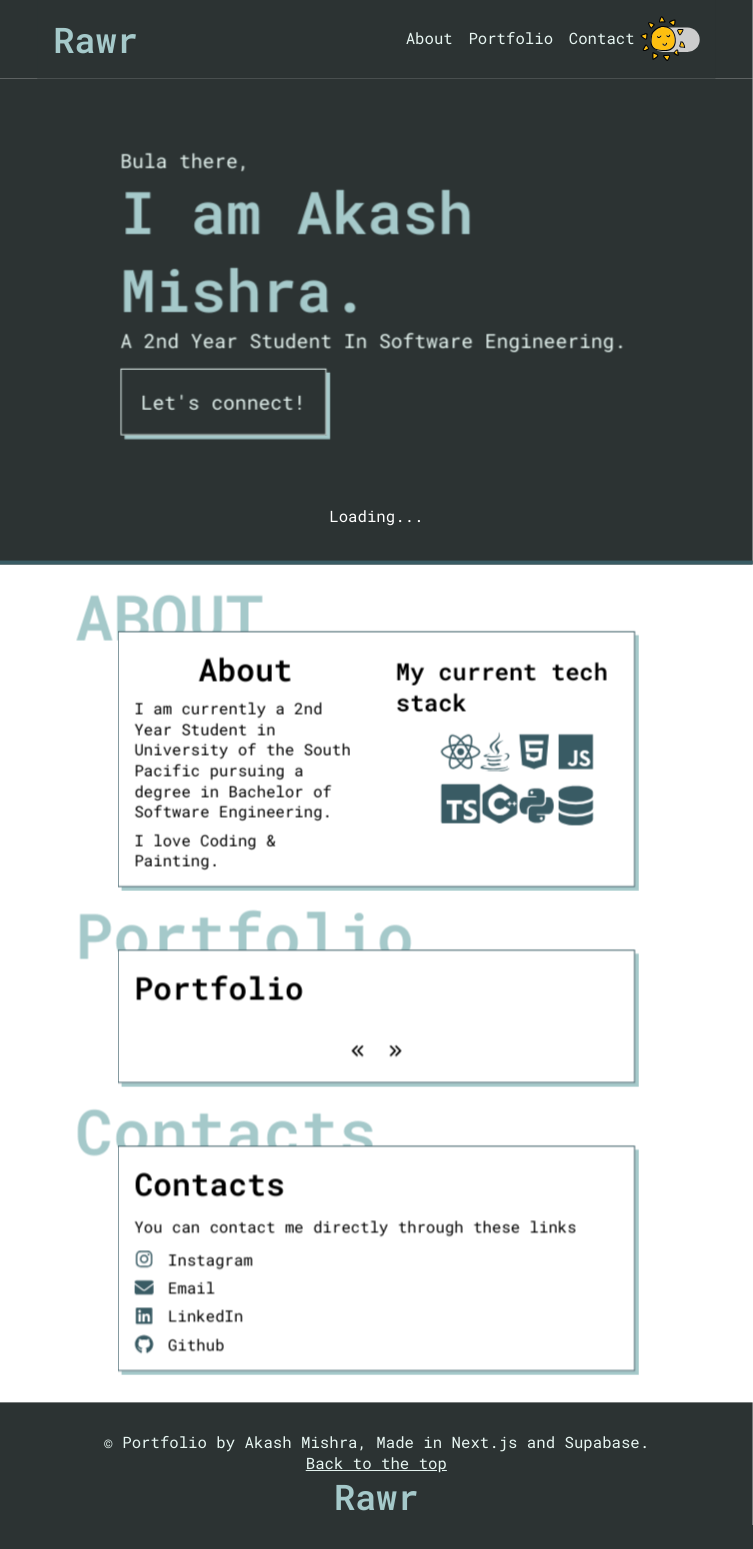
Repository: akashrawr/personal-portfolio
Page: /
The author's editor kept a copy of each file at every save. The page is drawn from the files as they stood at one save, then again after the next save.
The browser window is 768 px wide. The pictures show the whole page, at 98% of full size.
The page's requests for data from a server got no answer. The project was rebuilt for these pictures with package versions that can differ from the ones it lists, and the page was loaded fresh each time. The framework's server and built-in components were replaced by stand-ins that run in the browser. No one was signed in, and anything a server would have sent is missing. Also part of the build but not shown: next.config.ts.

Above is the page before, as saved 2025-01-03 20:35:06.

### app/layout.tsx
import type { Metadata } from "next";
import { Geist, Geist_Mono } from "next/font/google";
import "./globals.css";

const geistSans = Geist({
  variable: "--font-geist-sans",
  subsets: ["latin"],
});

const geistMono = Geist_Mono({
  variable: "--font-geist-mono",
  subsets: ["latin"],
});

export const metadata: Metadata = {
  title: "akashrawr",
  description: "Personal Portfolio",
};

export default function RootLayout({
  children,
}: Readonly<{
  children: React.ReactNode;
}>) {
  return (
    <html lang="en" translate="no"> {/* Prevent translation of the entire page */}
      <head>
        <meta charSet="UTF-8" />
        <meta httpEquiv="Content-Language" content="en" /> {/* Explicitly set content language */}
        <meta name="google" content="notranslate" /> {/* Inform Google to not translate */}
        <link rel="icon" href="/rawr.ico" type="image/x-icon" />
        <title>akashrawr</title>
        <meta name="description" content="My Personal Portfolio" />
      </head>
      <body className={`${geistSans.variable} ${geistMono.variable} antialiased`}>
        <div className="notranslate">
          {children}
        </div>
      </body>
    </html>
  );
}

### app/page.tsx
"use client"; // Enables client-side functionality
import React, { useState, useEffect } from "react";
import AOS from "aos";
import "aos/dist/aos.css";
import "./globals.css"; // Import global styles

// Import components
import Header from "./components/Header";
import Hero from "./components/Hero";
import About from "./components/About";
import Portfolio from "./components/Portfolio";
import Contact from "./components/Contact";
import Footer from "./components/Footer";

const Page: React.FC = () => {
  useEffect(() => {
    AOS.init({ once: true, delay: 0 });
  }, []);

  const [isNavVisible, setIsNavVisible] = useState(false);
  const [darkMode, setDarkMode] = useState(false);

  const toggleNav = () => {
    setIsNavVisible(!isNavVisible);
  };

  const toggleDarkMode = () => {
    setDarkMode(!darkMode);
    document.body.classList.toggle("dark-mode", !darkMode);
  };

  return (
    <div>
      <Header
        isNavVisible={isNavVisible}
        toggleNav={toggleNav}
        darkMode={darkMode}
        toggleDarkMode={toggleDarkMode}
      />
      <main>
        <Hero />
        <About />
        <Portfolio />
        <Contact />
      </main>
      <Footer />
    </div>
  );
};

export default Page;

### app/globals.css
@import url("https://fonts.googleapis.com/css2?family=Roboto+Mono:wght@300;400;600&display=swap");

:root {
  --primary-color: #2c3333;
  --secondary-color: #395b64;
  --accent-1: #a5c9ca;
  --accent-2: #e7f6f2;
  --neutral-1: black;
  --neutral-2: white;
  --neutral-3: white;
  --neutral-4: black;
  --icon-1: #395b64;

  --dark-primary-color: #121212;
  --dark-secondary-color: #1f1f1f;
  --dark-accent-1: #6c757d;
  --dark-accent-2: #adb5bd;
  --dark-neutral-1: #ffffff;
  --dark-neutral-2: #121212;
  --dark-neutral-3:#1f1f1f;
  --dark-neutral-4: #938f8f;
  --dark-icon-1: #938f8f;

}

*,
*::after,
*::before {
  margin: 0;
  padding: 0;
  font-family: "Roboto Mono", monospace;
  box-sizing: border-box;


}

html {
  scroll-behavior: smooth;
}

body {
  overflow-x: hidden;
  background-color: var(--neutral-3);
  color: var(--neutral-1);
  font-family: "Roboto Mono", monospace;
}

body.dark-mode {
  --primary-color: var(--dark-primary-color);
  --secondary-color: var(--dark-secondary-color);
  --accent-1: var(--dark-accent-1);
  --accent-2: var(--dark-accent-2);
  --neutral-1: var(--dark-neutral-1);
  --neutral-2: var(--dark-neutral-2);
  --neutral-3: var(--dark-neutral-3);
  --neutral-4: var(--dark-neutral-4);
  --icon-1:var(--dark-icon-1);
}


/* Navbar styles */

header {
  display: flex;
  align-items: center;
  justify-content: center;

  max-width: 100vw;
  background-color: var(--primary-color);
}

a {
  font-size: 14px;
  text-decoration: none;
}

h1 {
  font-family: "Roboto Mono", monospace;
}

.navbar-nav {
  display: flex;
  align-items: center;
  justify-content: space-between;
  background-color: var(--primary-color);
  padding: 1rem;
  width: 90%;
}

.nav-logo {
  grid-column: 1;
}

.nav-logo > h1 {
  font-size: 30px;
  color: var(--accent-1);
}

.primary-nav {
  display: flex;
  list-style: none;
  gap: 16px;

  grid-column: 2;
  justify-self: end;
}

.mobile-nav-toggle {
  display: none;
  cursor: pointer;
}

.nav-link:link,
.nav-link:visited {
  font-size: 16px;
  color: var(--accent-2);

  transition: 300ms ease-in-out;
}

.nav-link:hover {
  font-weight: 600;
  color: var(--accent-1);
}

.user-icon {
  width: 24px;
  height: 24px;
  fill: var(--accent-1);
  transition: fill 0.3s ease;
}

.user-icon:hover {
  fill: var(--accent-1);
}

/* Dark mode toggle button */
.theme-toggle {
  background: none;
  border: none;
  cursor: pointer;
  padding: 8px;
  display: flex;
  align-items: center;
}

.nav-icons {
  --size: 30px;
  width: var(--size);
  aspect-ratio: 1;
  cursor: pointer;
}



@media only screen and (max-width: 35em) {
  .primary-nav {
    position: fixed;
    top: 0;
    right: 0;
    bottom: 0;
    width: 125px;

    flex-direction: column;
    padding: min(15vh, 3rem) 1rem;
    background-color: var(--primary-color);
    border-left: 2px solid rgb(111, 111, 111); /* Add this line for the left border */

    z-index: 9999;

    transform: translateX(100%);
    transition: transform 350ms ease-out;
  }


  .nav-link:link,
  .nav-link:visited {
    font-size: 15px;
    color: var(--accent-1);
  }

  .primary-nav[data-visible="true"] {
    transform: translateX(0%);
  }

  .mobile-nav-toggle[aria-expanded="true"] {
    background: url('data:[embedded picture, 416 characters]') center center no-repeat;
  }

  .mobile-nav-toggle {
    display: block;
    position: absolute;
    background: url('data:[embedded picture, 417 characters]') center center no-repeat;

    width: 1.25rem;
    aspect-ratio: 1;

    border: none;

    top: 1.4rem;
    right: 2.5rem;
    z-index: 10000;

    transition: 250ms ease-in-out;
  }
}

/* Section styles */

section {
  display: flex;
  align-items: center;
  justify-content: center;

  max-width: 100vw;
  position: relative;
}

/* HERO SECTION */
#hero {
  background-color: var(--primary-color);
  border-bottom: 4px solid var(--icon-1);
  padding: 2.2rem;
}

/* Main container for text and image */
.hero-main-container {
  display: flex;
  flex-wrap: wrap;
  align-items: center;
  justify-content: space-between;
  gap: 16px;
}

/* Text Container */
.hero-container {
  flex: 1;
  display: flex;
  flex-direction: column;
  gap: 16px;
  padding: 2.2rem;
  width: 90%;
  height: 350px;
  animation: fade-in 500ms linear forwards;
}

.hero-text-container > h2 {
  font-size: 28px;
  color: var(--accent-1);
}

.hero-text-container > p {
  font-size: 12px;
  color: var(--accent-2);
}

.hero-button {
  align-self: flex-start;

  font-size: 14px;
  padding: 1em;

  color: var(--accent-2);
  background-color: transparent;

  border: 1px solid var(--accent-2);
  box-shadow: 4px 4px 0px var(--accent-1);

  transition: 300ms ease-in-out;
}

.hero-button:hover {
  background-color: var(--accent-2);
  color: var(--primary-color);
  box-shadow: 6px 6px 0px var(--secondary-color);
}

/* Image Container */
.hero-img {
  flex: 1;
  display: flex;
  justify-content: center;
  align-items: center;
}

.hero-image {
  max-width: 50%;
  height: auto;
  border-radius: 10px;
  box-shadow: 0 4px 8px rgba(0, 0, 0, 0.1);
  border: 1px solid var(--secondary-color);
  background-color: var(--neutral-2);
  box-shadow: 4px 4px 0px var(--accent-1);
}

.hero-img p{
color:white;
}


/* Responsive Styles */
@media screen and (max-width: 768px) {
  .hero-main-container {
    flex-direction: column;
  }
  .hero-img {
    margin-top: 20px;
  }
  .hero-container, .hero-image {
    max-width: 85%;
    height: auto;
  }
  .hero-text-container {
    text-align: left;
    max-width: 100%;
  }


}
.hero-text-container > h2 {
  font-size: 24px;
  color: var(--accent-1);
}
.hero-text-container > p {
  font-size: 16px;
}
.project-card > h3 {
  font-size: 12px;
  color: var(--secondary-color);
}

/* ABOUT */

#about {
  padding: 2rem;
  margin-top: 36px;
  animation: fade-in 500ms linear forwards;

}

.wave-asset {
  width: 100%;
  position: absolute;

  top: 0;
  left: 0;
}

.about-container {
  display: flex;
  align-items: center;
  justify-content: center;
  background-color: var(--neutral-2);
  width: 90%;
  z-index: 999;
}

.about-card,
.portfolio-card,
.contact-card {
  display: flex;
  flex-direction: column;
  gap: 16px;
  border: 1px solid var(--secondary-color);
  background-color: var(--neutral-2);

  width: 100%;
  padding: 1rem;

  box-shadow: 4px 4px 0px var(--accent-1);
}

.about-content,
.portfolio-content {
  width: 100%;
  display: flex;
  flex-direction: column;
  gap: 8px;
}

.about-content > h2,
.about-content > h3 {
  color: var(--neutral-4);
}

.about-content > p {
  font-size: 12px;
  color: var(--neutral-4);
}

.tech-stack-grid {
  width: 65%;
  display: grid;
  grid-template-columns: repeat(4, 1fr);
  place-items: center;
}

.tech-stack {
  --size: 30px;
  width: var(--size);
  aspect-ratio: 1;
}

/* Portfolio container */

#portfolio {
  padding: 2rem;
  animation: fade-in 500ms linear forwards;
}

.portfolio-container {
  width: 90%;
  z-index: 999;
}

.project-container {
  display: grid;
  grid-template-columns: repeat(2, 1fr);
  gap: 16px;
}

.portfolio-content > h2 {
  color: var(--neutral-4);
}

.project-card {
  display: flex;
  flex-direction: column;
  gap: 4px;

  padding: 1rem;
  border-radius: 8px;
  border: 1px solid var(--accent-1);
}

.project-card > h3 {
  color: var(--neutral-4);
}

.project-card > h5 {
  color: var(--neutral-4);
  opacity: 0.5;
}

.project-card > p {
  font-size: 12px;
  width: 100%;
  display: -webkit-box;
  -webkit-box-orient: vertical;
  -webkit-line-clamp: 3;
  overflow: hidden;
  color: var(--neutral-4);
}

.project-img {
  width: 100%;
  aspect-ratio: 16/9;
}

.project-card-links {
  align-self: flex-end;

  margin-top: 10px;
  display: flex;
  align-items: center;
  gap: 12px;
}

.project-icons {
  --size: 20px;
  width: var(--size);
  aspect-ratio: 1;
}

.project-card-links > a {
  display: flex;
  align-items: center;
  color: var(--neutral-4);
  font-size: 10px;
  gap: 4px;
}

.project-card-links > a:link,
.project-card-links > a:visited {

  color: var(--neutral-4);
}

.project-card-links > a:hover {
  font-weight: 600;
  color: var(--accent-1);
}

/* CONTACT */
#contact {
  padding: 2rem;
  animation: fade-in 500ms linear forwards;
}

.contact-container {
  width: 90%;
  z-index: 999;
}

.contact-card {
  width: 100%;
  gap: 12px;
}
.contact-card > h2 {
    color: var(--neutral-4);
}

.contact-card > p {
  font-size: 12px;
  color: var(--neutral-4);
}

.contact-links {
  display: flex;
  flex-direction: column;
  gap: 8px;
}

.contact-links > a {
  display: flex;
  align-items: center;
  gap: 8px;
}

.contact-links > a:link,
.contact-links > a:visited {
  color: var(--neutral-4);
}

.contact-links > a:hover {
  font-weight: 600;
  color: var(--accent-1);
}
.contact-icons {
  --size: 20px;
  width: var(--size);
  aspect-ratio: 1;
}

/* extras */
.section-highlight {
  font-size: 4rem;
  font-weight: 600;
  opacity: 0.5;
  color: var(--accent-1);

  position: absolute;
  top: 0;
  left: 100px;
}

/* footer */
footer {
  display: flex;
  align-items: center;
  justify-content: center;
  color: var(--accent-2);
  max-width: 100vw;
  background-color: var(--primary-color);
  min-height: 150px;
}

.footer-content {
  text-align: center;
  font-size: 12px;
  width: 90%;

  color: var(--accent-2);
}

.footer-content > p {
  text-decoration: underline;
}

.footer-content > a {
  text-decoration: underline;
}

.footer-content > a:link,
.footer-content > a:visited {
  color: var(--accent-2);
}

.footer-content > a:hover {
  color: var(--accent-1);
}
/* media queries */

@media only screen and (max-width: 35em) {
  .hero-container {
    padding: 1rem;
    height: 200px;
  }
  .project-container {
    grid-template-columns: 1fr;
  }
  .tech-stack-grid {
    width: 100%;
  }
  .section-highlight {
    font-size: 3.5rem;
    top: -16px;
    left: 6vw;
  }
}

@media only screen and (min-width: 35em) {
  .hero-container {
    height: 250px;
  }
  .about-container,
  .portfolio-container,
  .contact-container {
    width: 75%;
  }

  .about-card,
  .portfolio-card {
    align-items: center;
    justify-content: center;
    flex-direction: row;
    gap: 20px;
  }

  .section-highlight {
    top: -26px;
    left: 10vw;
  }
}

@media only screen and (min-width: 768px) {
  .nav-logo > h1 {
    font-size: 36px;
  }

  /* hero */
  .hero-container {
    height: 350px;
  }

  .hero-text-container > p {
    font-size: 20px;
  }

  .hero-text-container > h2 {
    font-size: 60px;
  }

  .hero-button {
    font-size: 20px;
  }

  /* about */
  .about-card {
    gap: 40px;
  }

  .about-content > h2 {
    font-size: 32px;
  }

  .about-content > h3 {
    font-size: 24px;
  }

  .about-content > p {
    font-size: 16px;
  }

  .tech-stack-section {
    align-self: flex-start;
    margin-top: 8px;
  }

  .tech-stack {
    --size: 40px;
    width: var(--size);
    aspect-ratio: 1;
  }

  /* portfolio */
  .portfolio-content > h2 {
    font-size: 32px;
  }

  .project-card > h3 {
    font-size: 24px;
  }

  .project-card > h5,
  .project-card > p {
    font-size: 16px;
  }

  .project-card-links > a {
    font-size: 16px;
  }

  /* contacts */
  .contact-card > h2 {
    font-size: 32px;
  }

  .contact-card > p {
    font-size: 16px;
  }

  .contact-links > a {
    font-size: 16px;
  }
  .footer-content,
  .footer-content > a {
    font-size: 16px;
  }
}

@media only screen and (min-width: 1024px) {
  .section-highlight {
    top: -26px;
    left: 10vw;
  }
}

@keyframes fade-in {
  0% {
    opacity: 0;
  }
  100% {
    opacity: 1;
  }
}

/* Adjust specific sections as needed for React-specific behaviors */
.primary-nav.visible {
  transform: translateX(0%);
}

/* The switch - the box around the slider */
.switch {
  position: relative;
  display: inline-block;
  width: 50px;
  height: 25px;
}

/* Hide default HTML checkbox */
.switch input {
  opacity: 0;
  width: 0;
  height: 0;
}

/* The slider */
.slider {
  position: absolute;
  cursor: pointer;
  top: 0;
  left: 0;
  right: 0;
  bottom: 0;
  background-color: #ccc;
  -webkit-transition: .4s;
  transition: .4s;
  border-radius: 25px; /* Rounded edges for the slider */
  display: flex;

  align-items: center;
}

/* Adjust the icon size to 48x48 pixels */
.slider .icon {
  position: absolute;
  width: 48px;
  height: 48px;
  transition: .4s;
}

/* When the input is checked (dark mode is on) */
input:checked + .slider {
  background-color: #3e4346; /* Change background color on check */
}

input:focus + .slider {
  box-shadow: 0 0 1px #2196F3;
}

/* Move the icons when the input is checked (dark mode) */
input:checked + .slider .icon {
  transform: translateX(20px); /* Move the icon to the right */
}

/* Default state (light mode) */
input:not(:checked) + .slider .icon {
  transform: translateX(-15px) translateY(-2px); /* Icon remains in the default position */
  width: 52px; /* Further reduced icon size for very small screens */
  height: 52px; /* Further reduced icon size for very small screens */
}

.about-icon {
  color: var(--icon-1); /* Change to any shade of blue you prefer */
  font-size: 3rem; /* Adjust size as needed */
  margin: 0.5rem;
}

.project-icons {
  margin-right: 0.5rem; /* Space between icon and text */
  font-size: 1.5rem; /* Adjust icon size */
  color: inherit; /* Match the color of the link */
}

.contact-icons {
  margin-right: 0.5rem; /* Space between icon and text */
  font-size: 1.5rem; /* Adjust icon size */
  color: var(--icon-1);
}

/* Responsive Adjustments */
@media (max-width: 768px) {
  .about-icon {
    font-size: 2.5rem; /* Slightly smaller on smaller devices */
    margin: 0.4rem;
  }

  .project-icons {
    font-size: 1.2rem; /* Smaller icon size on smaller screens */
    margin-right: 0.4rem;
  }

  .contact-icons {
    font-size: 1.2rem; /* Smaller icon size on smaller screens */
    margin-right: 0.4rem;
  }
}

@media (max-width: 480px) {
  .about-icon {
    font-size: 2rem; /* Even smaller on very small devices */
    margin: 0.3rem;
  }

  .project-icons {
    font-size: 1rem; /* Further reduced icon size for very small screens */
    margin-right: 0.3rem;
  }

  .contact-icons {
    font-size: 1rem; /* Further reduced icon size for very small screens */
    margin-right: 0.3rem;
  }
}

.pagination {
  display: flex;
  justify-content: center;
  align-items: center;
  margin-top: 1rem;
}

.pagination a {
  color: var(--neutral-4);
  padding: 8px 16px;
  text-decoration: none;
}

.pagination a.active {
  background-color: #395b64;
  color: white;
}

.pagination a:disabled {
  color: grey;
  pointer-events: none;
}

/* Responsive Adjustments */
@media (max-width: 768px) {
  .pagination a {
    padding: 6px 12px; /* Smaller padding for smaller screens */
    font-size: 0.9rem; /* Slightly smaller font size */
  }

  .pagination {
    margin-top: 0.75rem; /* Adjust margin top for smaller screens */
  }
}

@media (max-width: 480px) {
  .pagination a {
    padding: 4px 8px; /* Even smaller padding for very small screens */
    font-size: 0.8rem; /* Smaller font size for very small screens */
  }

  .pagination {
    margin-top: 0.5rem; /* Adjust margin top for very small screens */
  }
}

### app/components/Hero.tsx
import React, { useEffect, useState } from 'react';
import supabase from '../utils/supabaseClient';  // Adjust path if in 'utils'
import Image from 'next/image';  // Import Image from next/image

function Hero() {
  const [heroImage, setHeroImage] = useState<string | null>(null);

  useEffect(() => {
    const fetchHeroImage = async () => {
      const { data, error } = await supabase
        .from('hero')  // Table name is 'hero'
        .select('image_path')        // Only selecting 'image_path' column
        .limit(1);                   // Limiting to only one result (first row)

      if (error) {
        console.error('Error fetching hero image:', error);
      } else {
        setHeroImage(data?.[0]?.image_path || null);
      }
    };

    fetchHeroImage();
  }, [supabase]); // Including 'supabase' as a dependency

  return (
    <section id="hero">
      <div className="hero-main-container">
        {/* Text and Button Container */}
        <div className="hero-container">
          <div className="hero-text-container" data-aos="fade-up">
            <p>Bula there,</p>
            <h2>I am Akash Mishra.</h2>
            <p>A 2nd Year Student In Software Engineering.</p>
          </div>
          <a href="#contact" className="hero-button" data-aos="fade-up">
            Let&apos;s connect!
          </a>
        </div>

        {/* Image Container */}
        <div className="hero-img" data-aos="fade-up">
          {heroImage ? (
            <Image
              className="hero-image"
              src={heroImage}
              alt="Akash"
              layout="responsive"
              width={500}
              height={500}
            />
          ) : (
            <p>Loading...</p>
          )}
        </div>
      </div>
    </section>
  );
}

export default Hero;

### app/components/Contact.tsx
import React from "react";
import { FontAwesomeIcon } from "@fortawesome/react-fontawesome";
import { faInstagram, faGithub, faLinkedin } from "@fortawesome/free-brands-svg-icons";
import { faEnvelope } from "@fortawesome/free-solid-svg-icons";

const Contact: React.FC = () => {
  return (
    <section id="contact">
      <h2 className="section-highlight" data-aos="fade-up">
        Contacts
      </h2>
      <div className="contact-container" data-aos="fade-up">
        <div className="contact-card">
          <h2>Contacts</h2>
          <p>You can contact me directly through these links</p>

          <div className="contact-links">
            <a href="https://www.instagram.com/_acnologxa" className="contact-link">
              <FontAwesomeIcon icon={faInstagram} className="contact-icons" />
              Instagram
            </a>

            <a href="mailto:akashkm553@gmail.com" className="contact-link">
              <FontAwesomeIcon icon={faEnvelope} className="contact-icons" />
              Email
            </a>

            <a href="https://www.linkedin.com/in/akashmishra-rawr" className="contact-link">
              <FontAwesomeIcon icon={faLinkedin} className="contact-icons" />
              LinkedIn
            </a>

            <a href="https://github.com/akashrawr" className="contact-link">
              <FontAwesomeIcon icon={faGithub} className="contact-icons" />
              Github
            </a>
          </div>
        </div>
      </div>
    </section>
  );
};

export default Contact;

### app/components/Footer.tsx
import React from 'react';

const Footer: React.FC = () => {
  return (
    <footer>
      <div className="footer-content">
        © Portfolio by Akash Mishra, Made in Next.js and Supabase. <br />
        <a href="#hero">Back to the top</a>
        <div className="nav-logo">
          <h1>Rawr</h1>
        </div>
      </div>
    </footer>
  );
};

export default Footer;

### app/utils/supabaseClient.ts
import { createClient } from '@supabase/supabase-js';

// Fetch environment variables
const supabaseUrl = process.env.NEXT_PUBLIC_SUPABASE_URL || '';
const supabaseKey = process.env.NEXT_PUBLIC_SUPABASE_KEY || '';

// Initialize the Supabase client
const supabase = createClient(supabaseUrl, supabaseKey);

export default supabase;

Loaded but not shown: app/components/Header.tsx (89 lines, source omitted); app/components/Portfolio.tsx (139 lines, source omitted); app/components/About.tsx (59 lines, source omitted)

After the next save:
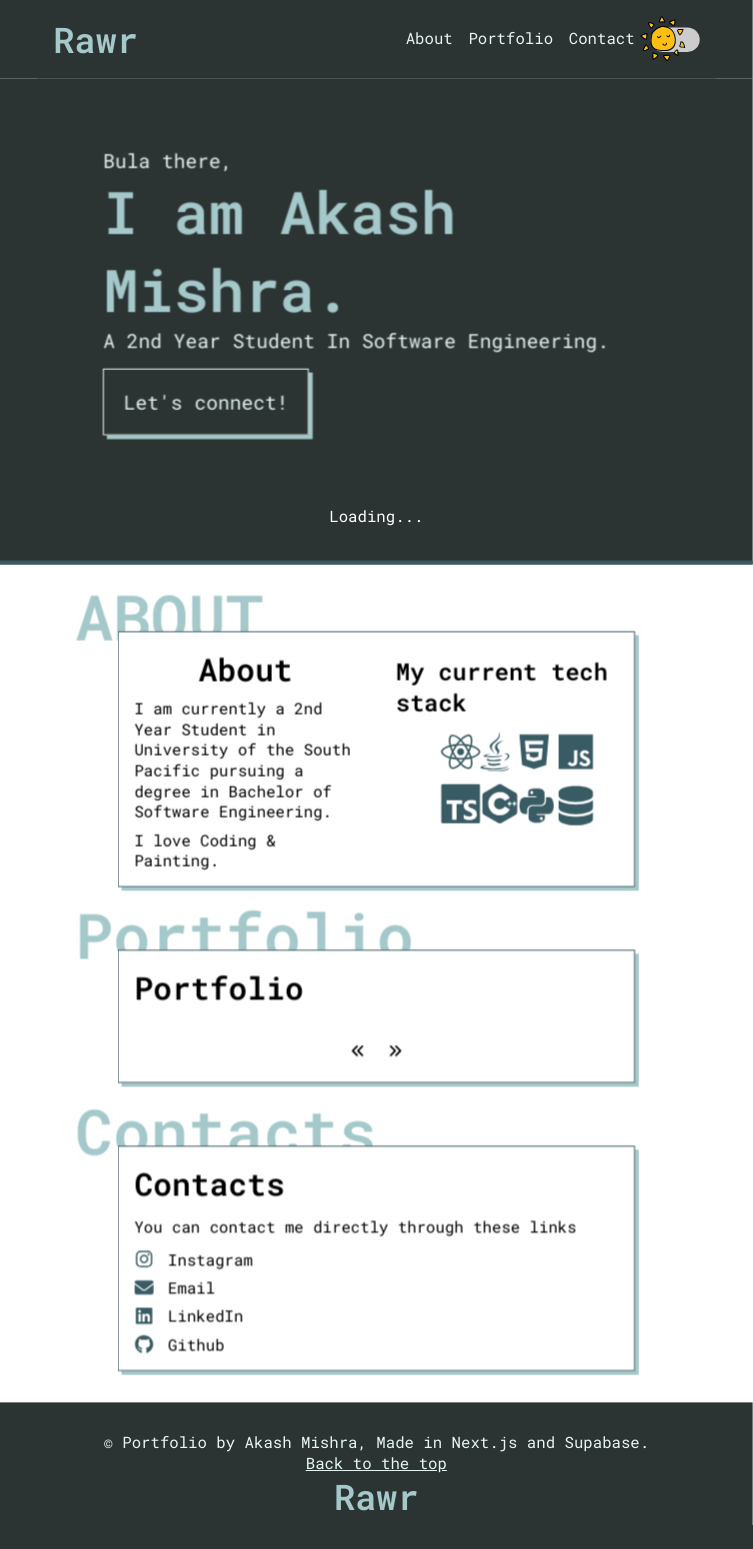
Saved 9 s later.
--- a/app/globals.css
+++ b/app/globals.css
@@ -307,7 +307,7 @@ color:white;
     margin-top: 20px;
   }
   .hero-container, .hero-image {
-    max-width: 85%;
+    max-width: 100%;
     height: auto;
   }
   .hero-text-container {
